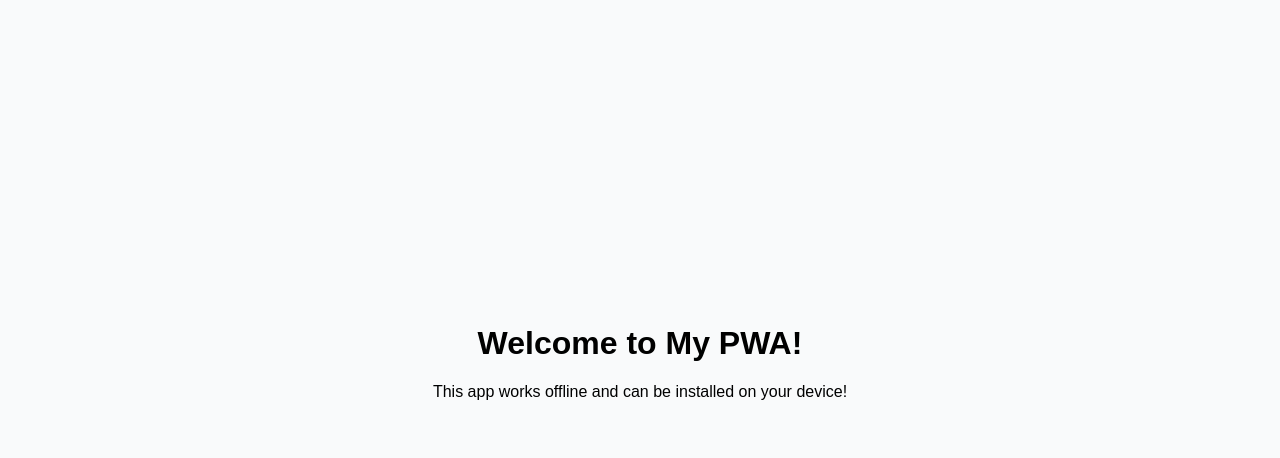
Repository: gloriousnetworker/pwa-calculator
Page: index.html
An editor plug-in stored every save of this project. The page is shown before and after the next save, followed by the edit.
The browser window is 1280 px wide. The pictures show the whole page.

Above is the page before, as saved 2024-12-31 18:37:11.

After the next save:
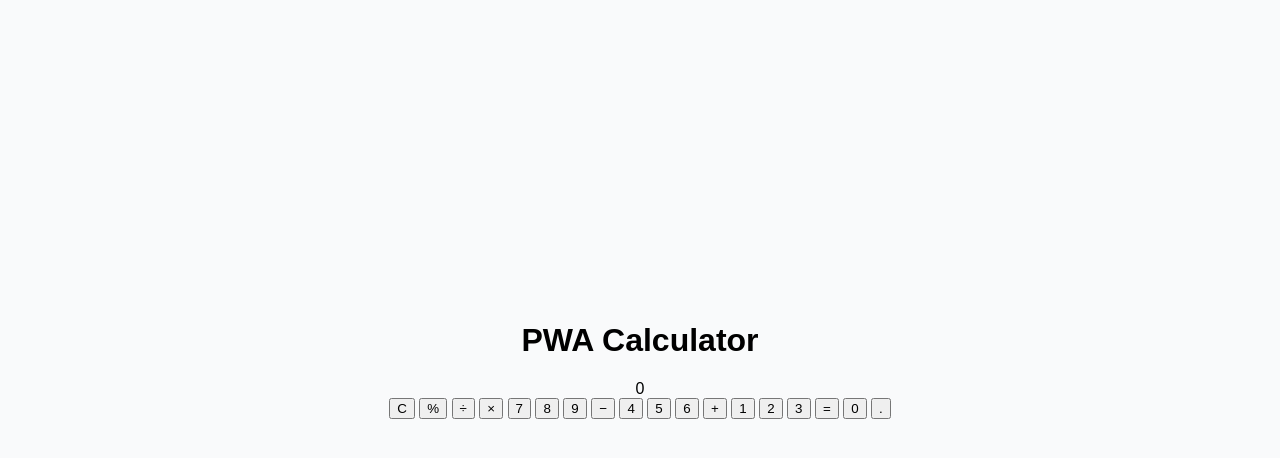
Saved 11 min 3 s later.
--- a/index.html
+++ b/index.html
@@ -5,12 +5,34 @@
   <meta name="viewport" content="width=device-width, initial-scale=1.0">
   <link rel="stylesheet" href="style.css">
   <link rel="manifest" href="manifest.json">
-  <title>My PWA App</title>
+  <title>PWA Calculator</title>
 </head>
 <body>
   <div class="container">
-    <h1 class="text-3xl font-bold text-center mt-10">Welcome to My PWA!</h1>
-    <p class="text-center mt-5">This app works offline and can be installed on your device!</p>
+    <h1 class="title">PWA Calculator</h1>
+    <div class="calculator">
+      <div id="display" class="display">0</div>
+      <div class="buttons">
+        <button class="btn" onclick="clearDisplay()">C</button>
+        <button class="btn" onclick="appendToDisplay('%')">%</button>
+        <button class="btn" onclick="appendToDisplay('/')">÷</button>
+        <button class="btn" onclick="appendToDisplay('*')">×</button>
+        <button class="btn" onclick="appendToDisplay('7')">7</button>
+        <button class="btn" onclick="appendToDisplay('8')">8</button>
+        <button class="btn" onclick="appendToDisplay('9')">9</button>
+        <button class="btn" onclick="appendToDisplay('-')">−</button>
+        <button class="btn" onclick="appendToDisplay('4')">4</button>
+        <button class="btn" onclick="appendToDisplay('5')">5</button>
+        <button class="btn" onclick="appendToDisplay('6')">6</button>
+        <button class="btn" onclick="appendToDisplay('+')">+</button>
+        <button class="btn" onclick="appendToDisplay('1')">1</button>
+        <button class="btn" onclick="appendToDisplay('2')">2</button>
+        <button class="btn" onclick="appendToDisplay('3')">3</button>
+        <button class="btn equal-btn" onclick="calculateResult()">=</button>
+        <button class="btn zero-btn" onclick="appendToDisplay('0')">0</button>
+        <button class="btn" onclick="appendToDisplay('.')">.</button>
+      </div>
+    </div>
   </div>
   <script src="app.js"></script>
 </body>
